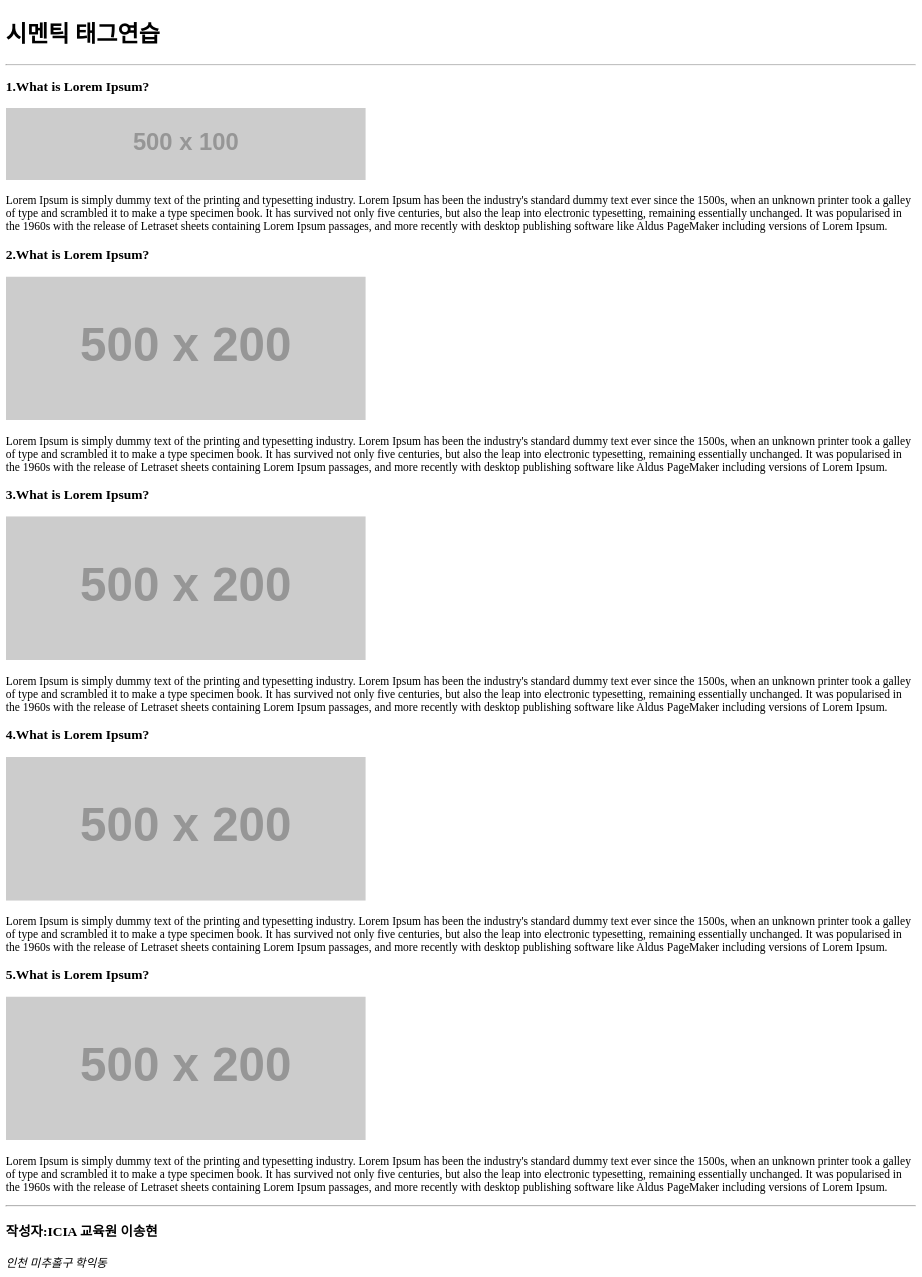
Repository: kmg8138/html
Page: 2020.04.06/ex0406/WebContent/ex06.html
The author's editor kept a copy of each file at every save. The page is drawn from the files as they stood at one save, then again after the next save.
The browser window is 1280 px wide. The pictures show the whole page, at 72% of full size.

Above is the page before, as saved 2020-04-06 06:50:59.

After the next save:
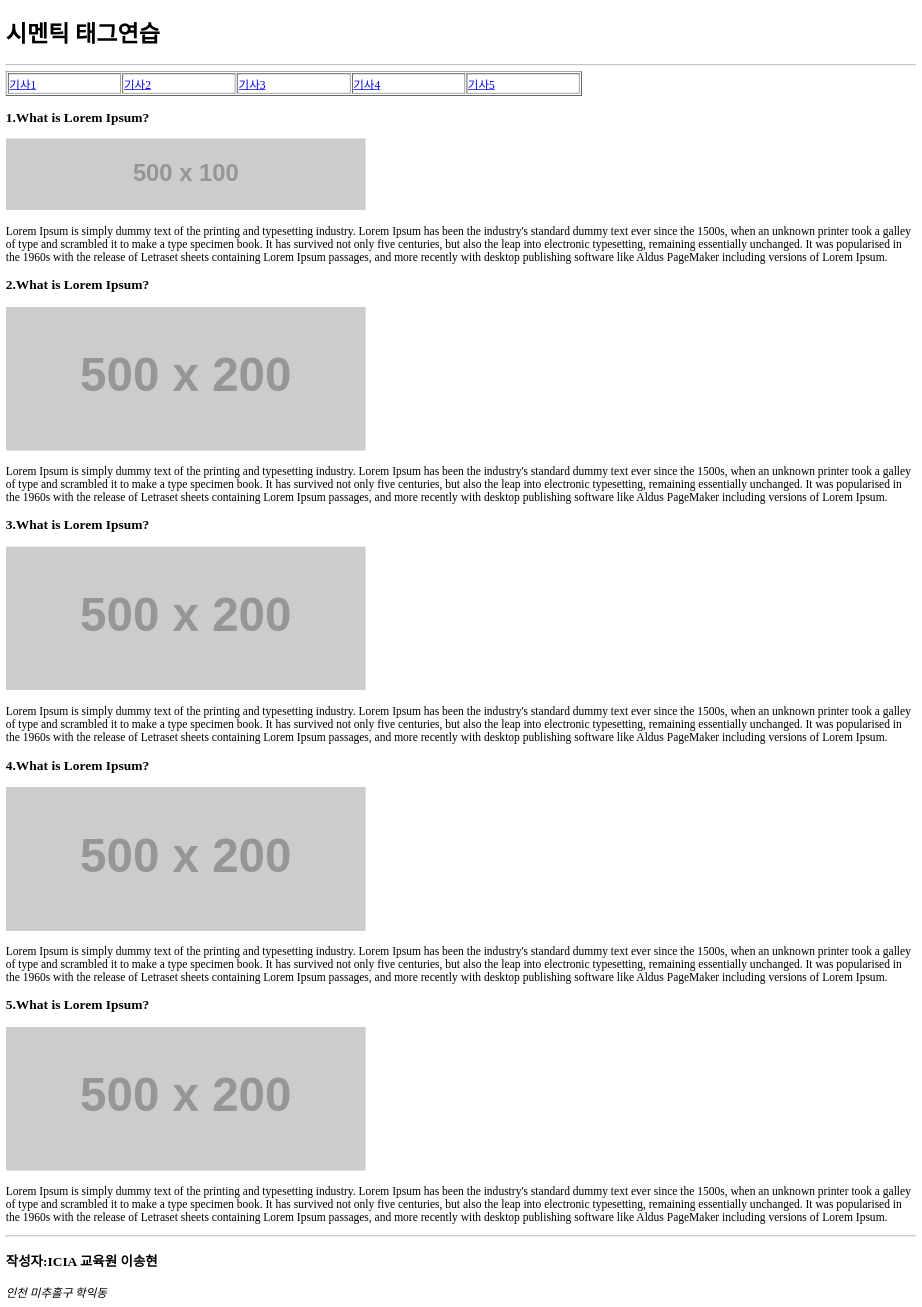
Saved 21 min 42 s later.
--- a/2020.04.06/ex0406/WebContent/ex06.html
+++ b/2020.04.06/ex0406/WebContent/ex06.html
@@ -11,10 +11,19 @@
 	</header>
 
 	<nav>
+		<table width=800 border=1>
+			<tr>
+				<td><a href="#a1">기사1</a></td>
+				<td><a href="#a2">기사2</a></td>
+				<td><a href="#a3">기사3</a></td>
+				<td><a href="#a4">기사4</a></td>
+				<td><a href="#a5">기사5</a></td>
+			</tr>
+		</table>
 	</nav>
 
 	<section>
-		<article>
+		<article id="a1">
 			<h3>1.What is Lorem Ipsum?</h3>
 			<img src="http://placehold.it/500x100"/>
 			<p>
@@ -26,7 +35,7 @@
 			and more recently with desktop publishing software like Aldus PageMaker including versions of Lorem Ipsum.
 			</p>
 		</article>
-		<article>
+		<article id="a2">
 			<h3>2.What is Lorem Ipsum?</h3>
 			<img src="http://placehold.it/500x200"/>
 			<p>
@@ -38,7 +47,7 @@
 			and more recently with desktop publishing software like Aldus PageMaker including versions of Lorem Ipsum.
 			</p>
 		</article>
-		<article>
+		<article id="a3">
 			<h3>3.What is Lorem Ipsum?</h3>
 			<img src="http://placehold.it/500x200"/>
 			<p>
@@ -50,7 +59,7 @@
 			and more recently with desktop publishing software like Aldus PageMaker including versions of Lorem Ipsum.
 			</p>
 		</article>
-		<article>
+		<article id="a4">
 			<h3>4.What is Lorem Ipsum?</h3>
 			<img src="http://placehold.it/500x200"/>
 			<p>
@@ -62,7 +71,7 @@
 			and more recently with desktop publishing software like Aldus PageMaker including versions of Lorem Ipsum.
 			</p>
 		</article>
-		<article>
+		<article id="a5">
 			<h3>5.What is Lorem Ipsum?</h3>
 			<img src="http://placehold.it/500x200"/>
 			<p>
